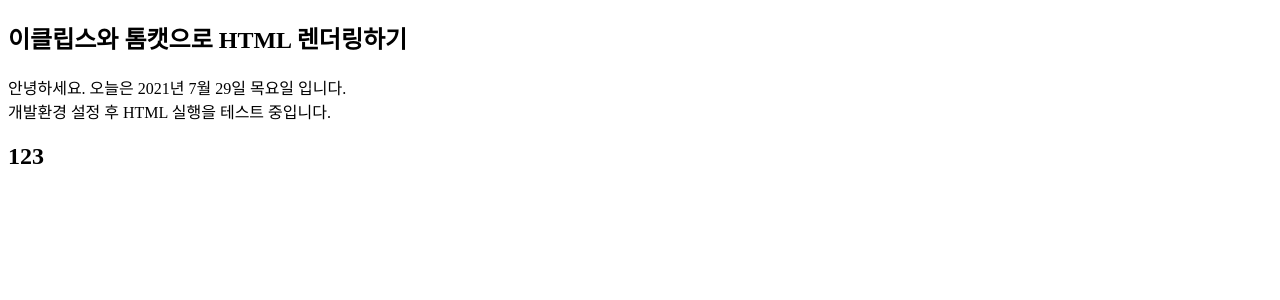
Repository: GITJIWOO/JavaBasic
Page: http://localhost/JSPBasic/Scriptlet.jsp
The author's editor kept a copy of each file at every save. The page is drawn from the files as they stood at one save, then again after the next save.
The browser window is 1280 px wide. The pictures show the whole page.
The page is served by Tomcat 9.

Above is the page before, as saved 2021-07-29 02:35:04.

After the next save:
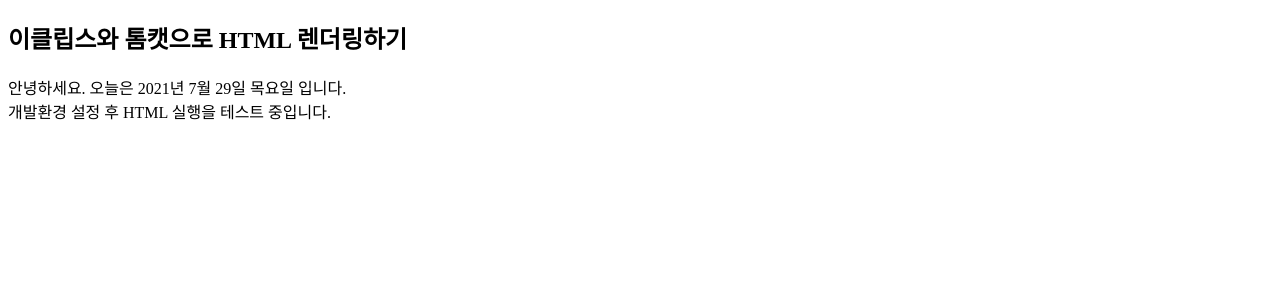
Saved 63 s later.
--- a/JSPBasic/WebContent/Scriptlet.jsp
+++ b/JSPBasic/WebContent/Scriptlet.jsp
@@ -10,6 +10,7 @@
 	<h2>이클립스와 톰캣으로 HTML 렌더링하기</h2>
 	<p>안녕하세요. 오늘은 2021년 7월 29일 목요일 입니다.<br/>
 		개발환경 설정 후 HTML 실행을 테스트 중입니다.
-		<% out.println("<h2>123</h2>"); %>
+		<% System.out.println("<h2>123</h2>"); %>
+	</p>
 </body>
 </html>
